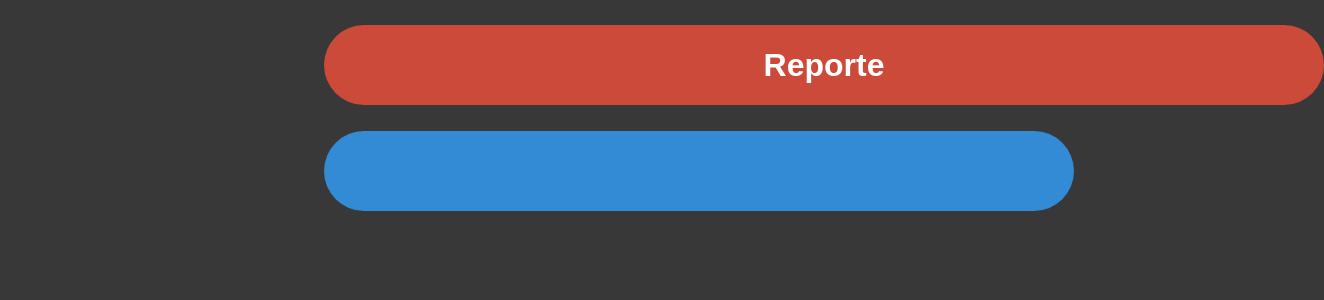
Repository: nathanvdev/LFP_PR_202001568
Page: plantilla.html
The author's editor kept a copy of each file at every save. The page is drawn from the files as they stood at one save, then again after the next save.
The browser window is 1280 px wide. The page is 1324 px wide, so the pictures cover 1324 px, including what lies to the right of the window. The pictures show the whole page.

Above is the page before, as saved 2022-02-19 18:48:26.

After the next save:
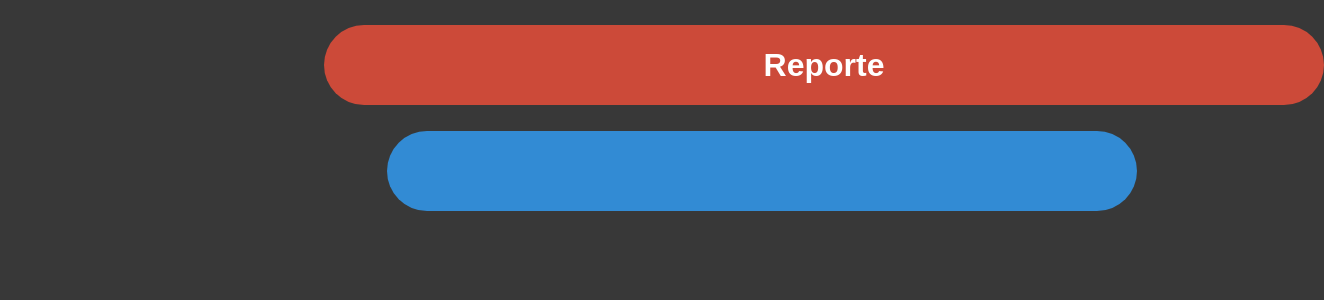
Saved 5 s later.
--- a/plantilla.html
+++ b/plantilla.html
@@ -28,7 +28,7 @@
         height: 80px;
         width: 750px;
         margin: 2%;
-        margin-left: 25%;
+        margin-left: 30%;
         border-radius: 45px;
     }
 </style>
